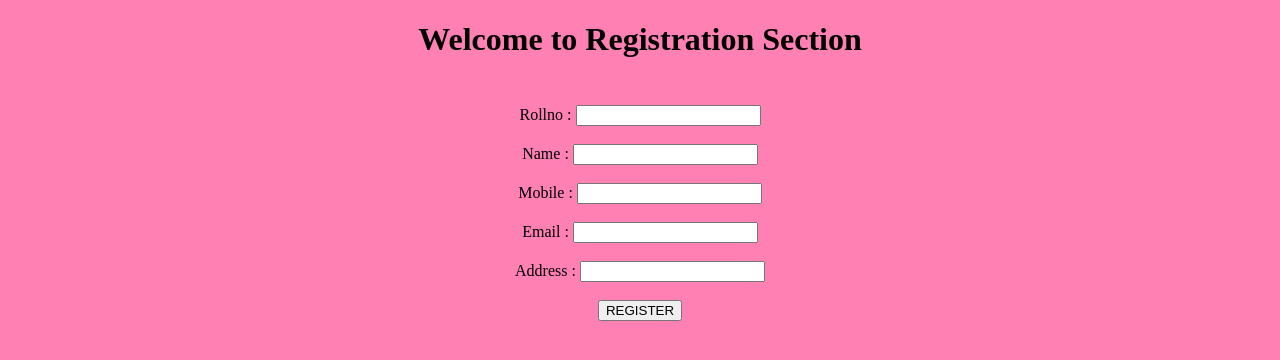
Repository: hitu-1995/reg14_spring_boot
Page: http://localhost/15-Spring-Boot-MVC-Project/register.jsp
These files come from the project's save history. The page is drawn as it stood at one moment and after the next save; the edit follows.
The browser window is 1280 px wide. The pictures show the whole page.
The page is served by Tomcat 9.

Above is the page before, as saved 2024-02-16 11:07:47.

After the next save:
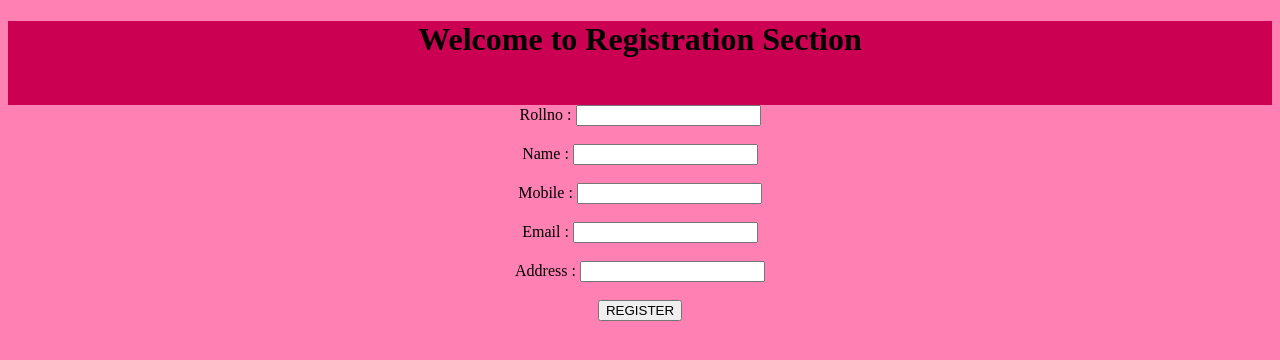
Saved 33 s later.
--- a/15-Spring-Boot-MVC-Project/src/main/webapp/register.jsp
+++ b/15-Spring-Boot-MVC-Project/src/main/webapp/register.jsp
@@ -7,7 +7,7 @@
 <title>Insert title here</title>
 </head>
 <body style="background-color: #ff80b3">
-    <div align="center" style="padding-bottom: 25px">
+    <div align="center" style="padding-bottom: 25px; background-color: #cc0052">
       <h1>Welcome to Registration Section</h1>
     </div>
     <div align="center">
